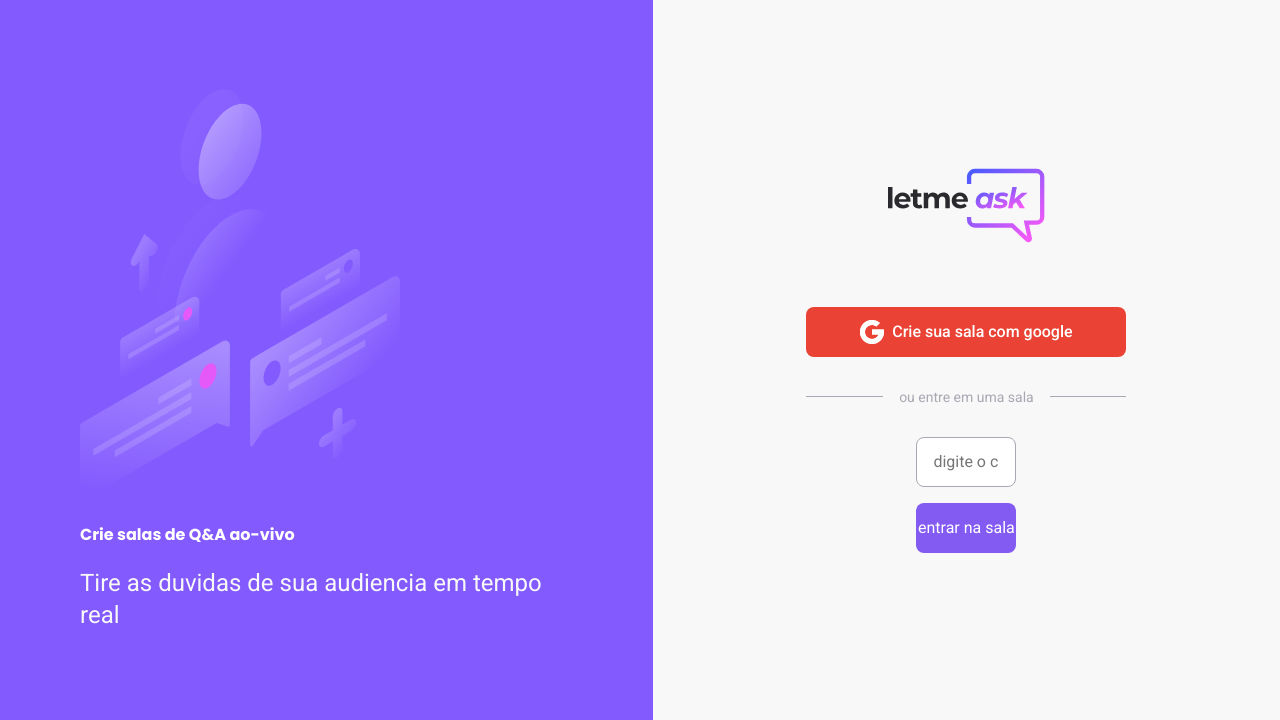
Repository: jhonattan-farias/letmeknow
Page: /
The author's editor kept a copy of each file at every save. The page is drawn from the files as they stood at one save, then again after a run of saves.
The browser window is 1280 px wide. The pictures show the whole page.
The project was rebuilt for these pictures with package versions that can differ from the ones it lists, and the page was loaded fresh each time. Imported but missing from the stored project, and not drawn on this page: src/services/f.

Above is the page before, as saved 2021-06-21 23:29:15.

### public/index.html
<!DOCTYPE html>
<html lang="en">
  <head>
    <meta charset="utf-8" />
    <meta name="viewport" content="width=device-width, initial-scale=1" />
    <meta
      name="description"
      content="Web site created using create-react-app"
    />
    <link rel="preconnect" href="https://fonts.gstatic.com">
<link href="https://fonts.googleapis.com/css2?family=Poppins:wght@400;700&family=Roboto:wght@400;500&display=swap" rel="stylesheet">
    <title>React App</title>
  </head>
  <body>
    <noscript>You need to enable JavaScript to run this app.</noscript>
    <div id="root"></div>
  </body>
</html>

### src/index.tsx
import React from 'react';
import ReactDOM from 'react-dom';
import App from './App';
import './services/f'

ReactDOM.render(
  <React.StrictMode>
    <App />
  </React.StrictMode>,
  document.getElementById('root')
);

### src/App.tsx
import React from 'react';
import { Home } from './pages/Home';

import './styles/global.scss'

function App() {
  return (
    <Home />
  )
}

export default App;

### src/pages/Home.tsx
import illustrationImg from '../assets/illustration.svg'
import logoImg from '../assets/logo.svg'
import googleIconImg from '../assets/google-icon.svg'

import { Button } from '../components/Button'
import '../styles/auth.scss'

export function Home() {
    return (
        <div id='page-auth'>
            <aside>
                <img src={illustrationImg} alt="ilustração simbolizando perguntas e respostas" />
                <strong>Crie salas de Q&A ao-vivo</strong>
                <p>Tire as duvidas de sua audiencia em tempo real</p>
            </aside>
            <main>
                <div className='main-content'>
                    <img src={logoImg} alt="letmeask" />
                    <Button className='create-room'>
                        <img src={googleIconImg} alt="logo do google" />
                        Crie sua sala com google
                    </Button>
                    <div className='separator'>ou entre em uma sala</div>
                    <form>
                        <input
                            type="text"
                            placeholder='digite o codigo da sala'
                        />
                        <button type="submit">entrar na sala</button>
                    </form>
                </div>
            </main>
        </div>
    )
}

### src/styles/global.scss
*{
    margin:0;
    padding:0;
    box-sizing: border-box;
}

body{
    background:#f8f8f8;
    color:#29292e;
}

body,input,button,textarea{
    font:400 16px 'Roboto',sans-serif;
}

### src/components/Button.tsx
 import {ButtonHTMLAttributes} from 'react'

import '../styles/button.scss'

type ButtonProps = ButtonHTMLAttributes<HTMLButtonElement>

 export function Button(props:ButtonProps){
     return (
         <button className='button' {...props} />
     )
 }

### src/styles/auth.scss
#page-auth{
    display:flex;
    align-items:stretch;
    height:100vh;


aside{
    flex:7;

    background:#835afe;
    color:#fff;

    display:flex;
    flex-direction:column;
    justify-content:center;

    padding:120px 80px;

    img{
        max-width:320px
    }

    strong{
        font:700 16px 'Poppins', sans-serif;
        line-height:32px;
        margin-top:16px;
    }

    p{
        font-size:24px;
        line-height:32px;
        margin-top:16px;
        color:#f8f8f8;
    }
}

main{
    flex:8;
    padding:0 32px;

    display:flex;
    align-items:center;
    justify-content:center;
}

.main-content{
    display:flex;
    flex-direction:column;
    width:100%;
    max-width:320px;
    align-items:stretch;
    text-align:center;

    img{
        align-self: center;
    }

    form{
        display: flex;
        flex-direction:column;
        text-align: center;
        justify-content: center;
        align-items: center;
        input{
            height:50px;
            border-radius:8px;
            padding:0 16px;
            background: #fff;
            border:1px solid #a8a8b3;
        }

        button{
            margin-top: 16px;
        }

        button,input{
            width:100px;
        }
    }

    .create-room{
        margin-top:64px;
        height:50px;
        border-radius:8px;
        font-weight: 500;
        background:#ea4335;
        color:#Fff;

        display: flex;
        justify-content: center;
        align-items:center;

        cursor:pointer;
        border:0;

        transition: filter .2s;

        img{
            margin-right: 8px;
        }

        &:hover{
            filter:brightness(0.9)
        }
    }

    .separator{
        font-size:14px;
        color:#a8a8b3;

        margin:32px 0;
        display:flex;
        align-items:center;

        &::before{
            content:'';
            flex:1;
            height:1px;
            background:#a8a8b3;
            margin-right:16px;
        }

        &::after{
            content:'';
            flex:1;
            height:1px;
            background:#a8a8b3;
            margin-left:16px;
        }
    }
}

}

### src/styles/button.scss
button {
    margin-top:64px;
    height:50px;
    border-radius:8px;
    font-weight: 500;
    background:#835af2;
    color:#Fff;

    display: flex;
    justify-content: center;
    align-items:center;

    cursor:pointer;
    border:0;

    transition: filter .2s;

    img{
        margin-right: 8px;
    }

    &:hover{
        filter:brightness(0.9)
    }
}

After the next 2 saves:
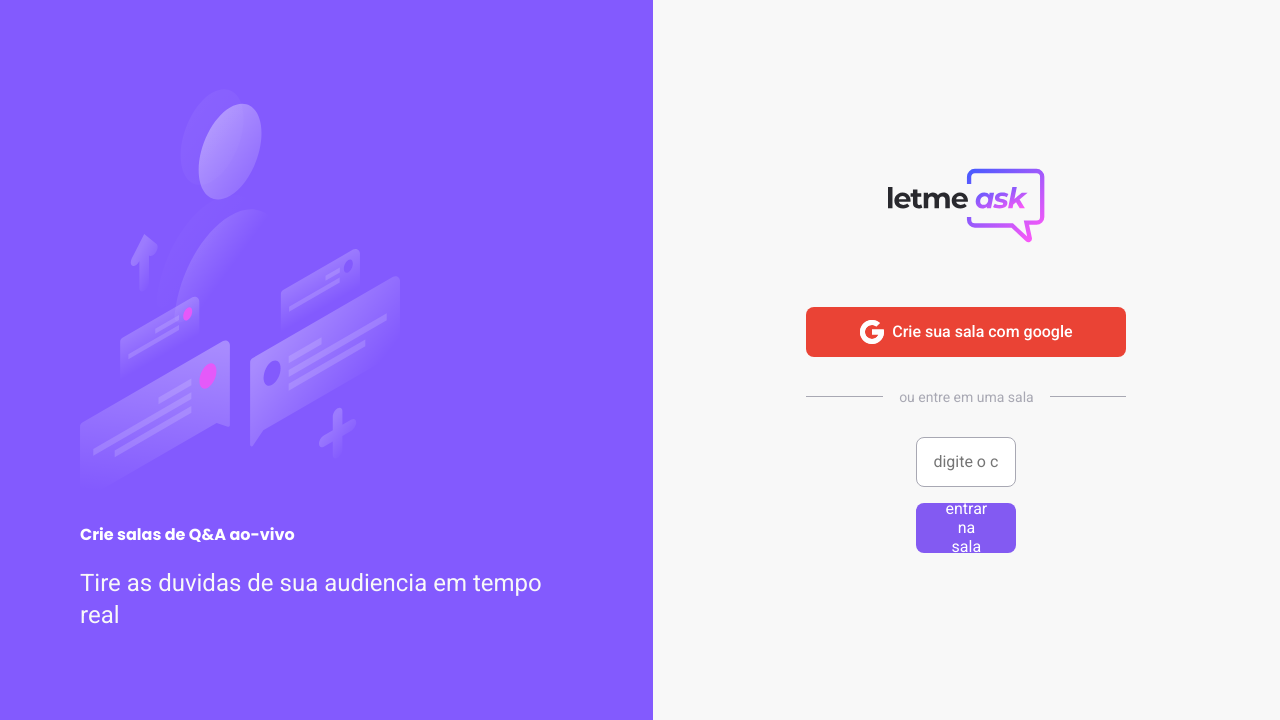
The 2 saves are shown as one change because they came seconds apart.
The last was saved 8 s later.
--- a/src/styles/button.scss
+++ b/src/styles/button.scss
@@ -9,6 +9,15 @@
     display: flex;
     justify-content: center;
     align-items:center;
+
+    padding:0 32px;
+
+        &:disabled{
+            opacity: .6;
+            cursor:not-allowed;
+        }
+
+
 
     cursor:pointer;
     border:0;
